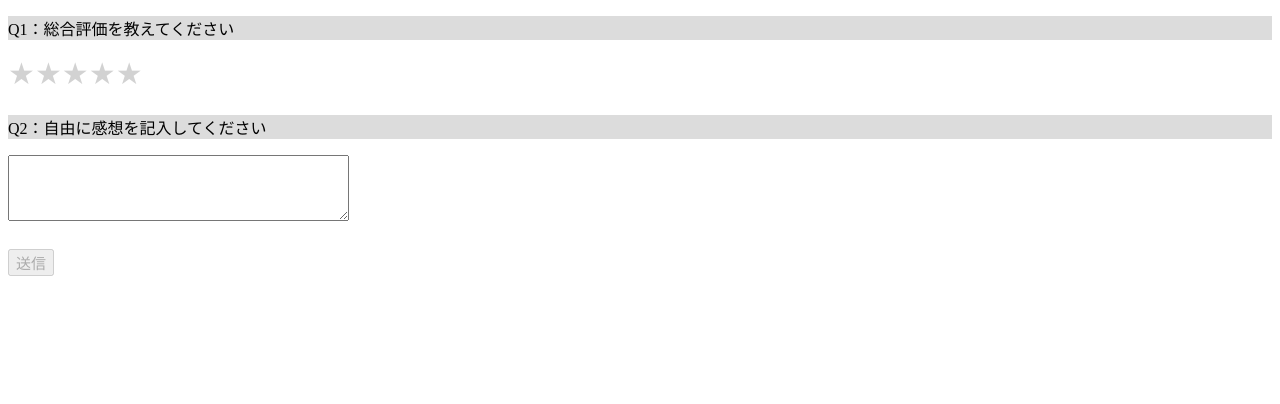
Repository: mikumiura/intern-chatbot
Page: templates/first-page.html
An editor plug-in stored every save of this project. The page is shown before and after the next save, followed by the edit.
The browser window is 1280 px wide. The pictures show the whole page.

Above is the page before, as saved 2022-08-24 07:11:08.

After the next save:
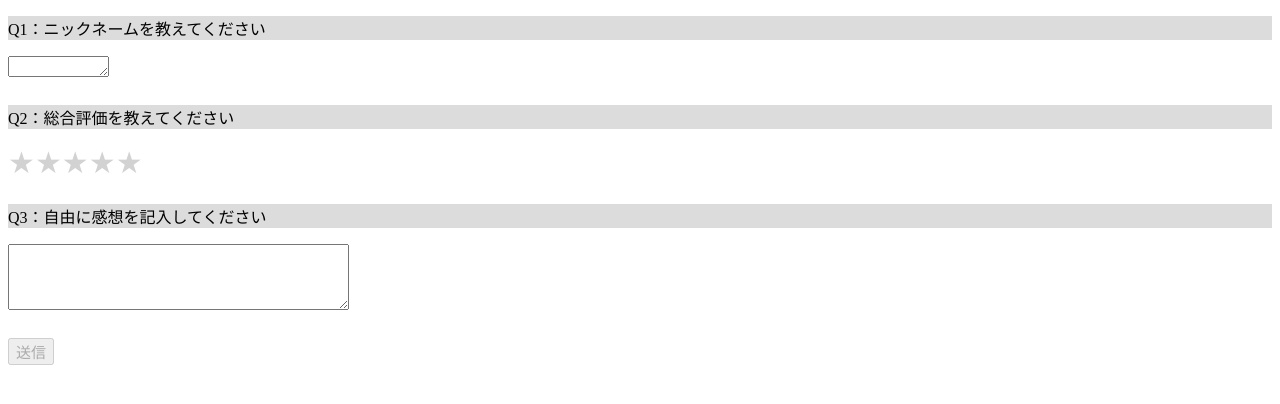
Saved 37 min 20 s later.
--- a/templates/first-page.html
+++ b/templates/first-page.html
@@ -17,7 +17,14 @@
 
     <div id = "app">
         <div class="bottom-15em">
-            <p class="bgc">Q1：総合評価を教えてください</p>
+            <p class="bgc">Q1：ニックネームを教えてください</p>
+            <div>
+                <textarea v-model="name" cols="10" rows="1"></textarea>
+            </div>
+        </div>
+
+        <div class="bottom-15em">
+            <p class="bgc">Q2：総合評価を教えてください</p>
             <div>
                 <div v-bind:class="{'star-gold':stars[0], 'star-gray':!stars[0]}" v-on:click="star(1)" class="pointer size-30">★</div>
                 <div v-bind:class="{'star-gold':stars[1], 'star-gray':!stars[1]}" v-on:click="star(2)" class="pointer size-30">★</div>
@@ -28,7 +35,7 @@
         </div>
 
         <div class="bottom-15em">
-            <p class="bgc">Q2：自由に感想を記入してください</p>
+            <p class="bgc">Q3：自由に感想を記入してください</p>
             <div>
                 <textarea v-model="comment" cols="40" rows="4"></textarea> <!-- v-on:hogehoge（入力に関する処理の感知）でisActive()をtrueに -->
             </div>
@@ -50,6 +57,7 @@
             return {
                 stars,
                 rate: 0,
+                name: "",
                 comment: ""
             }
         },
